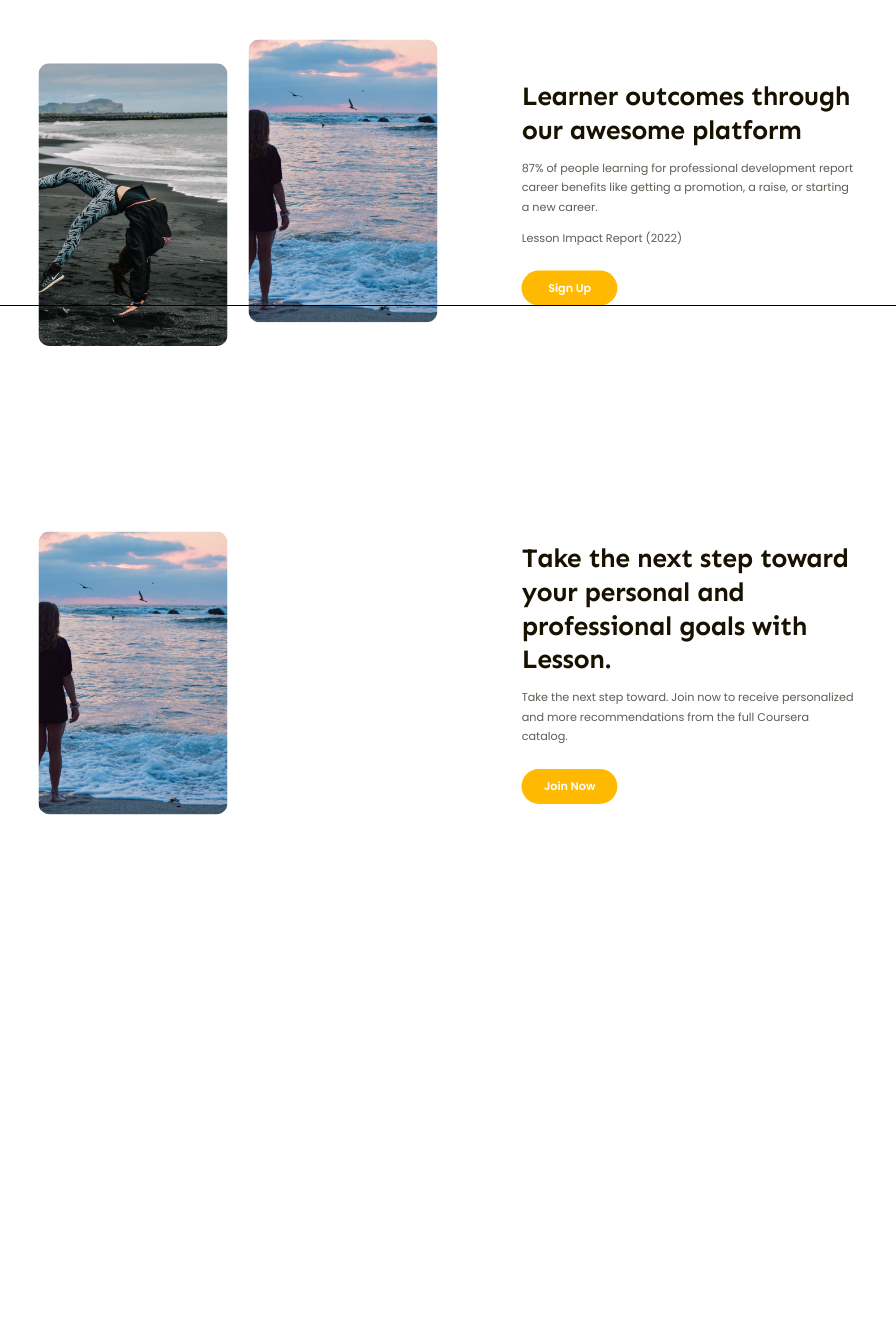
Repository: ynguyen1512/htmlcss-project-02
Page: index.html
An editor plug-in stored every save of this project. The page is shown before and after the next save, followed by the edit.
The browser window is 1280 px wide. The pictures show the part of the page from y = 2469 to 4389 px (the page is 5000 px tall), at 70% of full size.
A picture or video elsewhere on the page could not be fetched, so the positions and the page height are approximate.

Above is the page before, as saved 2023-03-08 23:35:09.

After the next save:
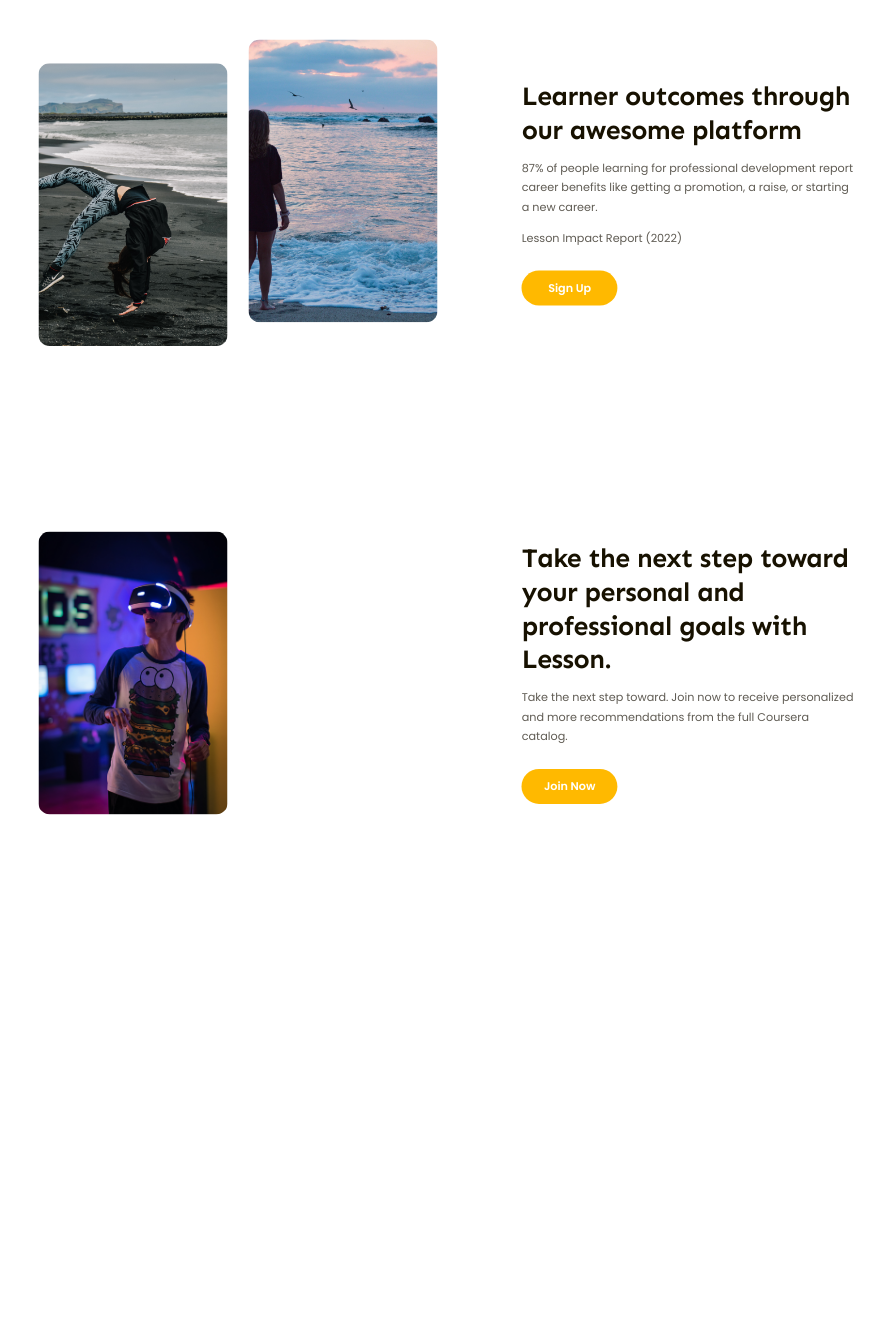
Saved 92 s later.
--- a/index.html
+++ b/index.html
@@ -384,7 +384,7 @@
             <div class="main-content">
                 <div class="body">
                     <div class="images">
-                        <img src="./assets/img/feature-2.jpg" alt="Feature-2">
+                        <img src="./assets/img/feature-3.jpg" alt="Feature-2">
                     </div>
                     <div class="content">
                         <h2 class="heading lv2">
